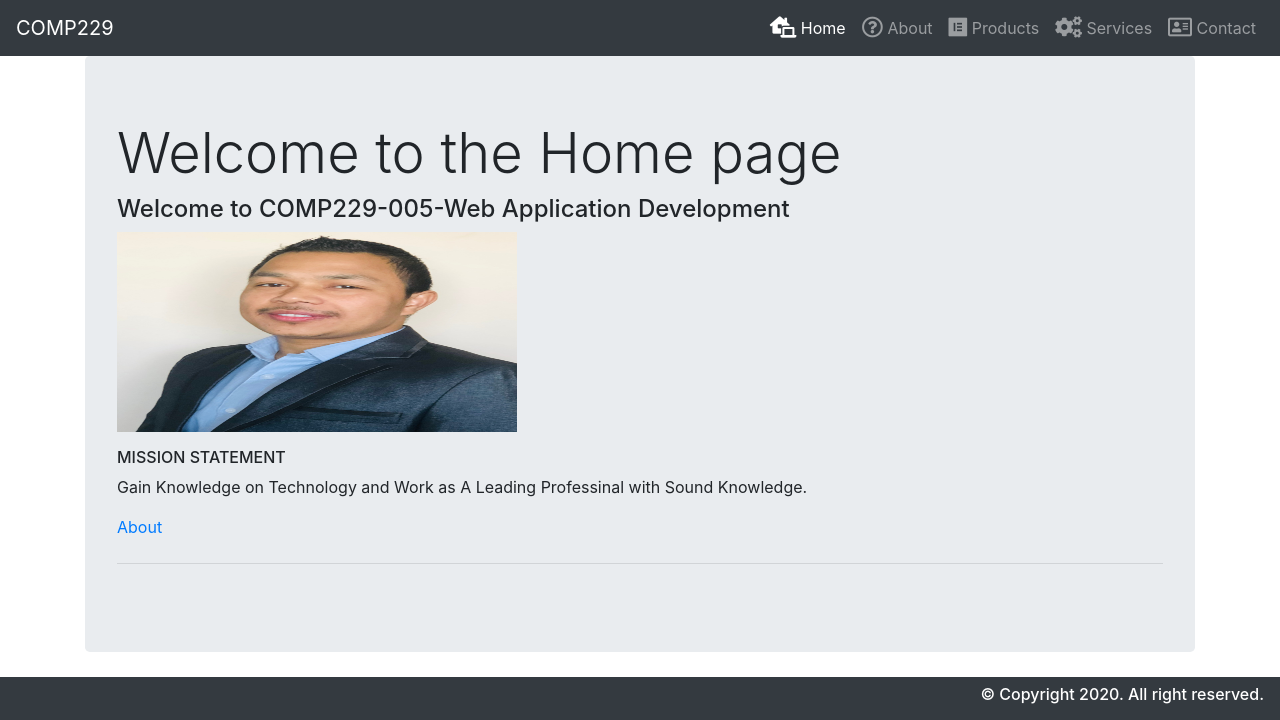
Repository: laxmangothe2020/COMP229Assignment
Page: http://localhost/
An editor plug-in stored every save of this project. The page is shown before and after the next save, followed by the edit.
The browser window is 1280 px wide. The pictures show the whole page.
The page is served by the project's Node server (server.js). Other server files are loaded and not shown.

Above is the page before, as saved 2021-02-11 01:06:52.

### views/index.ejs

<%- include partials/header.ejs %>

   <%- include partials/main_nav.ejs %>

      <!-- Main Contain -->
   <main class="container">
    <div class="jumbotron">
    <h1 class="display-4"> Welcome to the <%= title %> page </h1>
    <!--Using Switch case all infornation passed through here-->
      <% switch (title) {
        case 'Home' : %>
        <%- include partials/home.ejs %>
                <% break;

        case 'About' : %>
        <%- include partials/about.ejs %>
                <% break;

        case 'Products' : %>
        <%- include partials/products.ejs %>
                <% break;

        case 'Services' : %>
        <%- include partials/services.ejs %>
                <% break;

        case 'Contact' : %>
        <%- include partials/contact.ejs %>
              <% break;
       } %>
      <hr class="my-4">
    </div>
  </main>

   <%- include partials/bottom_nav.ejs %>


    <%- include partials/footer.ejs %>

### views/partials/header.ejs

<!DOCTYPE html>
<html lang="en">
  <head>
   <meta charset="UTF-8">
   <meta name="viewport" content="with=device-width, initial-scale=1.0">
    <title><%= title %></title>

  <!-- CSS Section-->
  <link rel="stylesheet" href="/bootstrap/dist/css/bootstrap.min.css">
  <link rel="stylesheet" href="/@fortawesome/fontawesome-free/css/all.min.css">
  <link rel='stylesheet' href='/Content/app.css'/>

</head>
<body>

### views/partials/main_nav.ejs
<!-- Main Navigation -->
   <nav class="navbar navbar-expand-lg navbar-dark bg-dark">
      <a class="navbar-brand" href="/">COMP229</a>
      <button class="navbar-toggler" type="button" data-toggle="collapse" data-target="#navbarSupportedContent" aria-controls="navbarSupportedContent" aria-expanded="false" aria-label="Toggle navigation">
       <span class="navbar-toggler-icon"></span>
     </button>

     <div class="collapse navbar-collapse" id="navbarSupportedContent">
        <ul class="navbar-nav ml-auto">

          <% if (title == "Home") { %>
        <li class="nav-item active">
        <% } else { %>
        <li class="nav-item">
        <% } %>
          <a class="nav-link" href="/home"><i class="fas fa-lg fa-laptop-house"></i> Home </a>
        </li>

        <% if (title == "About") { %>
          <li class="nav-item active">
          <% } else { %>
          <li class="nav-item">
          <% } %>
        <a class="nav-link" href="/about"><i class="far fa-lg fa-question-circle"></i> About </a>
        </li>

        <% if (title == "Products") { %>
          <li class="nav-item active">
          <% } else { %>
          <li class="nav-item">
          <% } %>
        <a class="nav-link" href="/products"><i class="fab fa-lg fa-elementor"></i> Products </a>
        </li>

        <% if (title == "Services") { %>
          <li class="nav-item active">
          <% } else { %>
          <li class="nav-item">
          <% } %>
        <a class="nav-link" href="/services"><i class="fas fa-lg fa-cogs"></i> Services </a>
        </li>

        <% if (title == "Contact") { %>
          <li class="nav-item active">
          <% } else { %>
          <li class="nav-item">
          <% } %>
        <a class="nav-link" href="/contact"><i class="far fa-lg fa-address-card"></i> Contact </a>

        </li>

      </div>
    </nav>

### views/partials/home.ejs
<body>

    <div class="content">
        <h4>Welcome to COMP229-005-Web Application Development</h4>
        <img src="./Assets/images/lax.jpeg" width="400" height="200" >
        <p>
            <h6> MISSION STATEMENT</h6> Gain Knowledge on Technology and Work as A Leading Professinal with Sound Knowledge.
        </p>
        <p>
            <a href="/about"> About </a>
        </p>
    </div>

</body>

### views/partials/about.ejs

         <div id="contentEditable">


                    <div style="background-color: #C0C0C0;margin-bottom: 10px">
                        <h3 style="padding-left: 40px;padding-top:20px;color: #AA7439"> About Me </h3>
                        <div style="width: 100%;height:100%;background-color:#C0C0C0;">
                            <img src="./Assets/images/laxman.jpeg" alt="Security for Life" width="175" style="float: right;margin-left: 30px;margin-right:30px">
                           <p style="padding-left:15px; padding-right: 10px; color:#696969;margin:20px;text-align: justify;line-height:1.7;padding-bottom: 20px;">
                             &nbsp;&nbsp;&nbsp;&nbsp;&nbsp;&nbsp;&nbsp;&nbsp;The Civil Homes REALTORS® is a small, family owned real estate company with full-time Professional REALTORS®. We have been in business in Madison since 1990 and have helped hundreds of people and families buy and sell homes throughout the years all over Madison, Dane County and the surrounding counties. The Civil Homes REALTORS® is licensed in the State of Toronto.
                             <br>
                             <br>&nbsp;&nbsp;&nbsp;&nbsp;&nbsp;&nbsp;&nbsp;&nbsp;We pride ourselves on the quality of service that we provide, not the quantity that we sell. We find that our clients are extremely satisfied with the services we provide, because they know that our first concern is always their best interests. The wants and needs of our clients are always at the forefront of our business practices and are the driving force behind all that we do.
                             <br>&nbsp;&nbsp;&nbsp;&nbsp;&nbsp;&nbsp;&nbsp;&nbsp;We pride ourselves on the quality of service that we provide, not the quantity that we sell.
                           </p>
                       </div>


                    </div>
        </div>
<p><a href="/public/PDF/resume.pdf"> Resume </a></button></p>

### views/partials/products.ejs
<div class="row">
    <div class="column">
        <img src="./Assets/images/mobile.jpg" width="350" height="250" >
        <p> The main purpose to develop this project is<br>
            to roll the dice. we have two diaces here, <br>
            when we click on the roll button, it shows<br>
            the number and also shows the total number<br>
            by adding the number of both dice.</p>
    </div>
    <div class="column">
        <img src="./Assets/images/game.jpg" width="350" height="250" >
        <p> This is the Slot Machine Project. The main<br>
            purpose to develop this project is to show<br>
            how the jackpot works. When we bet  amount<br>
            and play,it shows either we win the game or<br>
            loose. It shows credic, balance and jackpot.</p>
    </div>
    <div class="column">
        <img src="./Assets/images/software.jpg" width="350" height="250" >
        <p> This is a 5 page project of Web Application<br>
            The main purpose to develop this project is <br>
            to run multi-pages and show the importance <br>
            of each pages. Home, About, Products, Services<br>
            and Contact pages are the pages of this project</p>
    </div>
 </div>

### views/partials/services.ejs
<div class="row">
    <div class="column">
        <img src="./Assets/images/qualityassurance.jpg" width="350" height="250" >
    </div>
    <div class="column">
        <img src="./Assets/images/softwaredev.jpg" width="350" height="250" >
    </div>
    <div class="column">
        <img src="./Assets/images/technical.jpg" width="350" height="250" >
    </div>
    <h3>Our Services:</h3> <br>
        <p>We work for several aspects of IT related tasks. Our Main purpose is to make sure on the Quality of our products.
            Similarly, Web designing, coding by using C#, JavaScript, Database are our major focus. We provide service to the customer
            in a fast paced way. All the customers are happy with our Service.
        </p>
</div>

### views/partials/contact.ejs
<div class="container">
    <h1 class="display-5">CONTACT FIELD</h1>
    <div id="errorMessage" class="alert alert-danger" role="alert" hidden>

    </div>
    <hr>
    <form id="conactForm">
      <div class="form-group">
        <label for="firstName">First Name</label>
        <input type="text" class="form-control" id="firstName" name="firstName" aria-describedby="firstName"
        placeholder="Enter First Name" required autofocus>
      </div>

      <div class="form-group">
        <label for="lastName">Last Name</label>
        <input type="text" class="form-control" id="lastName" name="lastName" aria-describedby="lastName"
        placeholder="Enter Last Name" required>
      </div>

      <div class="form-group">
        <label for="contactNumber">Contact Number</label>
        <input type="tel" class="form-control" id="contactNumber" name="contactNumber" aria-describedby="contactNumber"
        placeholder="Enter Contact Number" required>
      </div>

      <div class="form-group">
        <label for="emailAddress">Email address</label>
        <input type="email" class="form-control" id="emailAddress" name="emailAddress" aria-describedby="emailAddress"
        placeholder="Enter Email" required>
      </div>

      <div class="form-group">
        <label for="shortMessage">Your Message</label>
        <textarea class="form-control" id="shortMessage"  name="shortMessage" rows="3" aria-describedby="shortMessage" placeholder="--If you have Short message, please write here--" required></textarea></textarea>
      </div>

      <button type="button" value="Submit"class="btn btn-primary btn-lg"><i class="fas fa-file-import"></i>Send</button></a>
      <!--<button id="submitButton" type="submit" class="btn btn-primary btn-lg"><i class="fas fa-share-square"></i> Send</button> -->
      <button id="resetButton" type="reset" class="btn btn-warning btn-lg"><i class="fas fa-redo"></i> Reset</button>
      <br>
      <br>
      <br>
    </form>

  </div>

### views/partials/bottom_nav.ejs
<!-- Bottom Nav -->

    <footer>

       <nav class="navbar fixed-bottom navbar-dark bg-dark">
           <h5 class="display-6 navbar.text"> <h6 style="color:white;">&copy; Copyright 2020. All right reserved.</h6>
       </nav>

    </footer>

### views/partials/footer.ejs
<!-- Script Section-->
    <script src="/jquery/dist/jquery.min.js"></script>
    <script src="/bootstrap/dist/js/bootstrap.min.js"></script>
    <script src="/Scripts/app.js"></script>
 </body>
</html>

### server.js
#!/usr/bin/env node

/**
 * Module dependencies.
 */

let app = require('./app');
let debug = require('debug')('week4:server');
let http = require('http');

/**
 * Get port from environment and store in Express.
 */

let port = normalizePort(process.env.PORT || '3000');
app.set('port', port);

/**
 * Create HTTP server.
 */

let server = http.createServer(app);

/**
 * Listen on provided port, on all network interfaces.
 */

server.listen(port);
server.on('error', onError);
server.on('listening', onListening);

/**
 * Normalize a port into a number, string, or false.
 */

function normalizePort(val) {
  let port = parseInt(val, 10);

  if (isNaN(port)) {
    // named pipe
    return val;
  }

  if (port >= 0) {
    // port number
    return port;
  }

  return false;
}

/**
 * Event listener for HTTP server "error" event.
 */

function onError(error) {
  if (error.syscall !== 'listen') {
    throw error;
  }

  let bind = typeof port === 'string'
    ? 'Pipe ' + port
    : 'Port ' + port;

  // handle specific listen errors with friendly messages
  switch (error.code) {
    case 'EACCES':
      console.error(bind + ' requires elevated privileges');
      process.exit(1);
      break;
    case 'EADDRINUSE':
      console.error(bind + ' is already in use');
      process.exit(1);
      break;
    default:
      throw error;
  }
}

/**
 * Event listener for HTTP server "listening" event.
 */

function onListening() {
  let addr = server.address();
  let bind = typeof addr === 'string'
    ? 'pipe ' + addr
    : 'port ' + addr.port;
  debug('Listening on ' + bind);
}

### routes/index.js
var express = require('express');
var router = express.Router();

/* GET home page. */
router.get('/', function(req, res, next) {
  res.render('index', { title: 'Home'});
});

/* GET home page. */
router.get('/home', function(req, res, next) {
  res.render('index', { title: 'Home'});
});

/* GET About page. */
router.get('/about', function(req, res, next) {
  res.render('index', { title: 'About'});
});

/* GET Products page. */
router.get('/products', function(req, res, next) {
  res.render('index', { title: 'Products'});
});

/* GET Services page. */
router.get('/services', function(req, res, next) {
  res.render('index', { title: 'Services'});
});


/* GET Contact us page. */
router.get('/contact', function(req, res, next) {
  res.render('index', { title: 'Contact'});
});

module.exports = router;

### app.js
//installed third party packages
let createError = require('http-errors');
let express = require('express');
let path = require('path');
let cookieParser = require('cookie-parser');
let logger = require('morgan');

let indexRouter = require('./routes/index');
let usersRouter = require('./routes/users');

let app = express();

// view engine setup
app.set('views', path.join(__dirname, 'views'));
app.set('view engine', 'ejs');

app.use(logger('dev'));
app.use(express.json());
app.use(express.urlencoded({ extended: false }));
app.use(cookieParser());
app.use(express.static(path.join(__dirname, 'public')));
app.use(express.static(path.join(__dirname, 'node_modules')));

app.use('/', indexRouter);
app.use('/users', usersRouter);
app.use('/public/images', express.static('./public/images') ) ;
app.use('/public/PDF', express.static('./public/PDF'));
app.use('/views/partials', express.static('./views/partials'));


// catch 404 and forward to error handler
app.use(function(req, res, next) {
  next(createError(404));
});

// error handler
app.use(function(err, req, res, next) {
  // set locals, only providing error in development
  res.locals.message = err.message;
  res.locals.error = req.app.get('env') === 'development' ? err : {};

  // render the error page
  res.status(err.status || 500);
  res.render('error');
  res.render('error', {title: 'Error'});
});

module.exports = app;

### public/Content/app.css
/* Custom CSS goes here */

### public/Scripts/app.js
// IIFE
(function(){
    function start()
    {
        console.log("App started...")
    }
    window.addEventListener("load", start);

})();

After the next save:
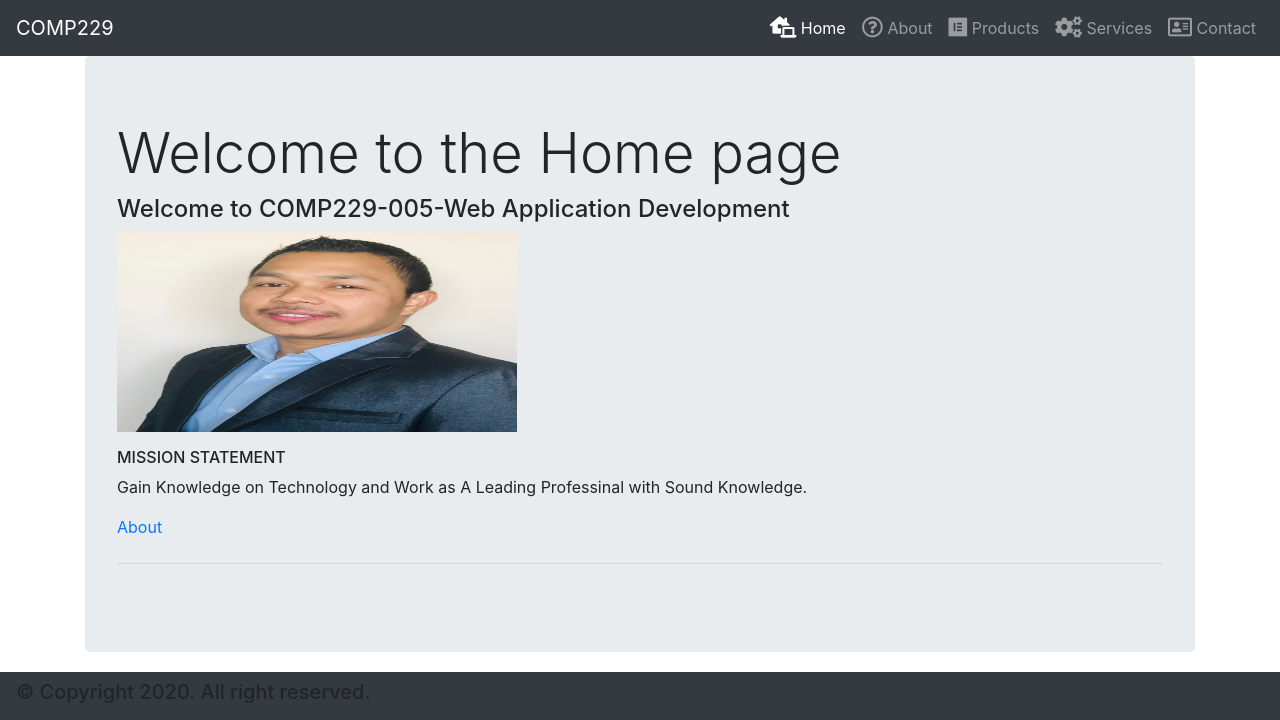
Saved 47 s later.
--- a/views/partials/bottom_nav.ejs
+++ b/views/partials/bottom_nav.ejs
@@ -3,7 +3,7 @@
     <footer>
 
        <nav class="navbar fixed-bottom navbar-dark bg-dark">
-           <h5 class="display-6 navbar.text"> <h6 style="color:white;">&copy; Copyright 2020. All right reserved.</h6>
+           <h5 class="display-6 navbar.text">&copy; Copyright 2020. All right reserved.</h5>
        </nav>
 
     </footer>
